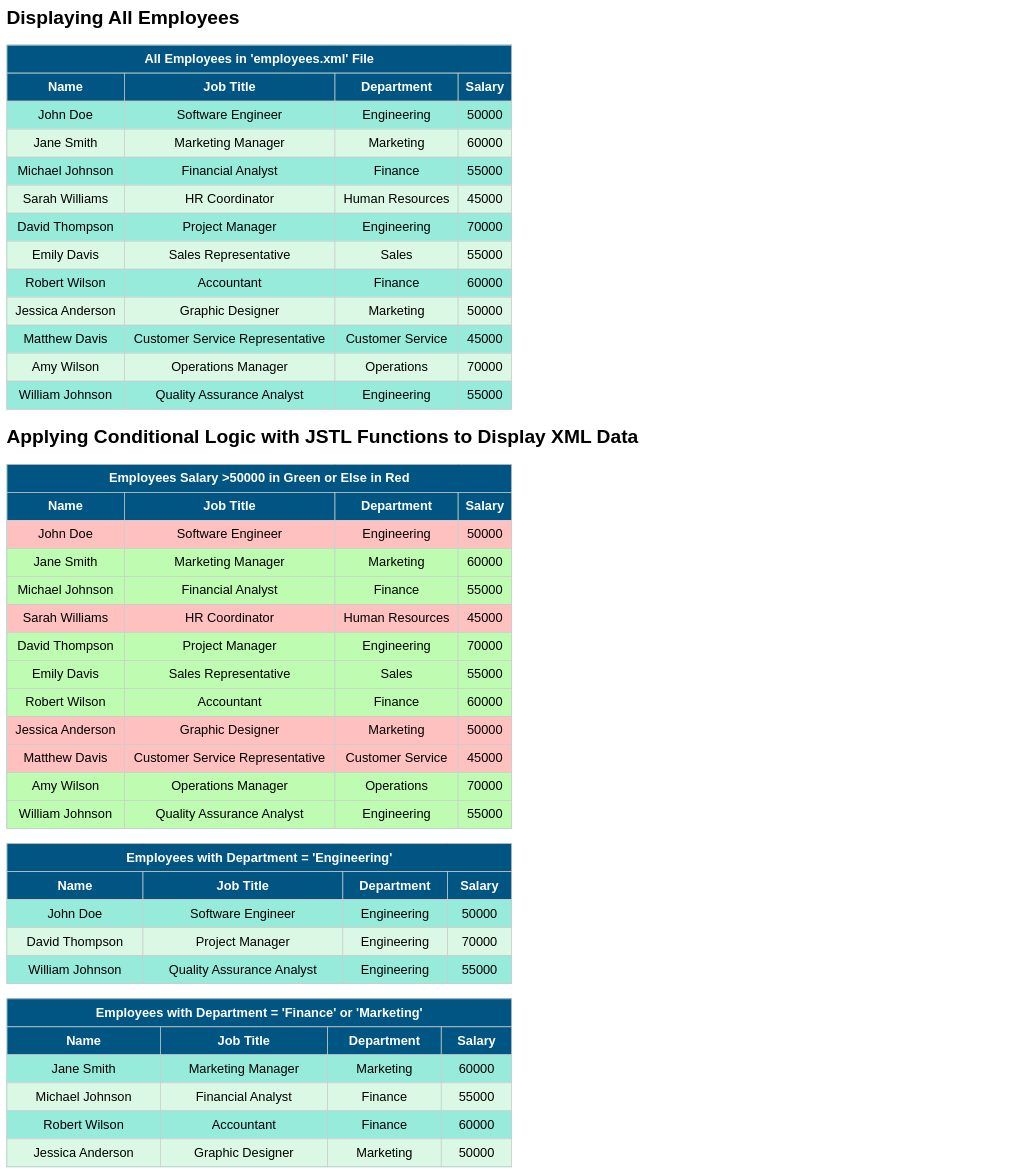
Repository: bkyncl/csd-430
Page: http://localhost/kyncl_mod9/
An editor plug-in stored every save of this project. The page is shown before and after the next save, followed by the edit.
The browser window is 1280 px wide. The pictures show the whole page, at 80% of full size.
The page is served by Tomcat 9.

Above is the page before, as saved 2023-07-05 06:42:20.

After the next save:
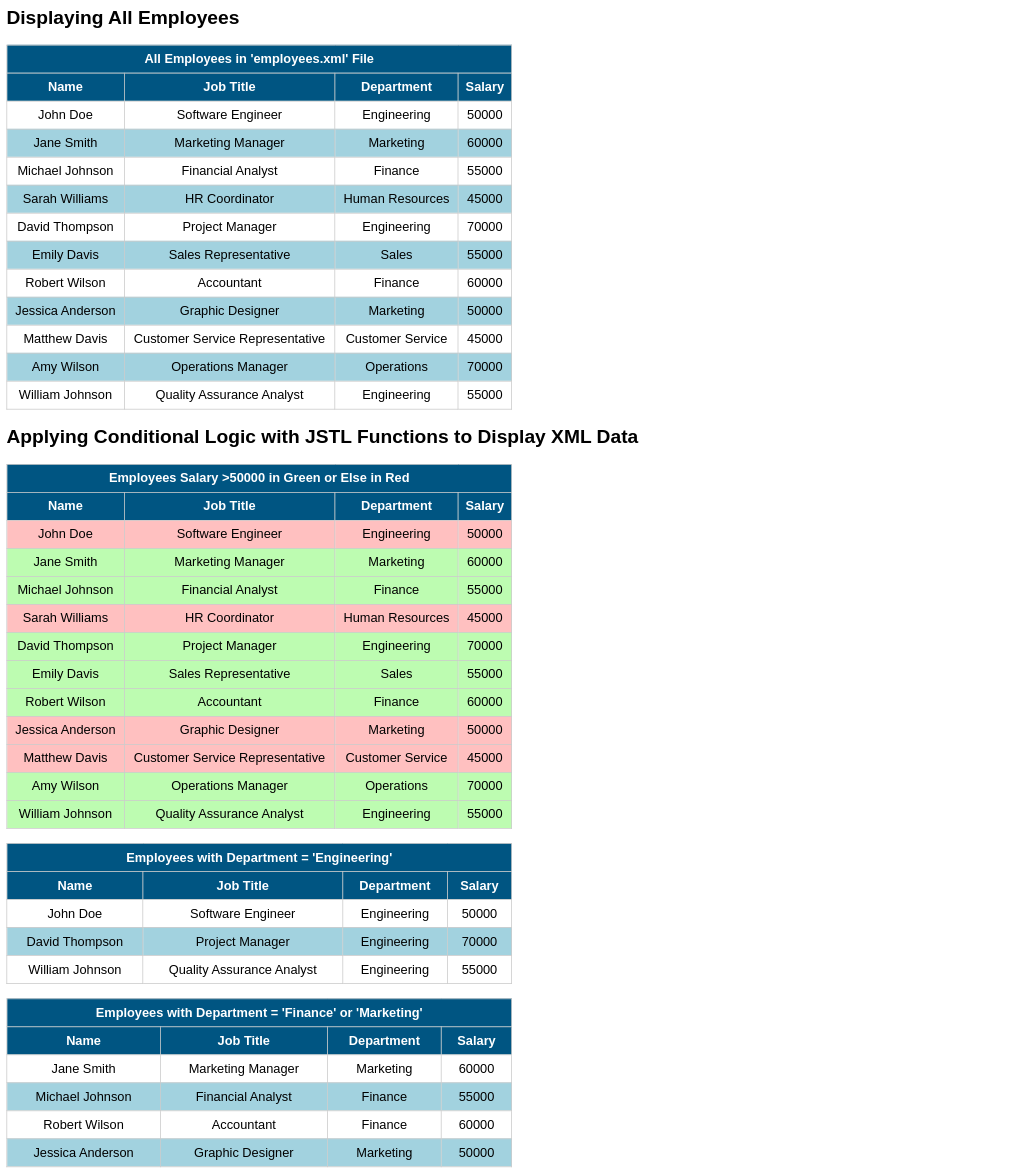
Saved 61 s later.
--- a/kyncl_mod9/src/main/webapp/styles.css
+++ b/kyncl_mod9/src/main/webapp/styles.css
@@ -5,10 +5,9 @@ body {
 table {
   width: 50%;
   border-collapse: collapse;
-  background-color: #97ebdb;
 }
 table tr:nth-child(even) {
-  background-color: #daf8e3; /* Replace with your desired color */
+  background-color: #a2d2df; /* Replace with your desired color */
 }
 
 table th, table td {
